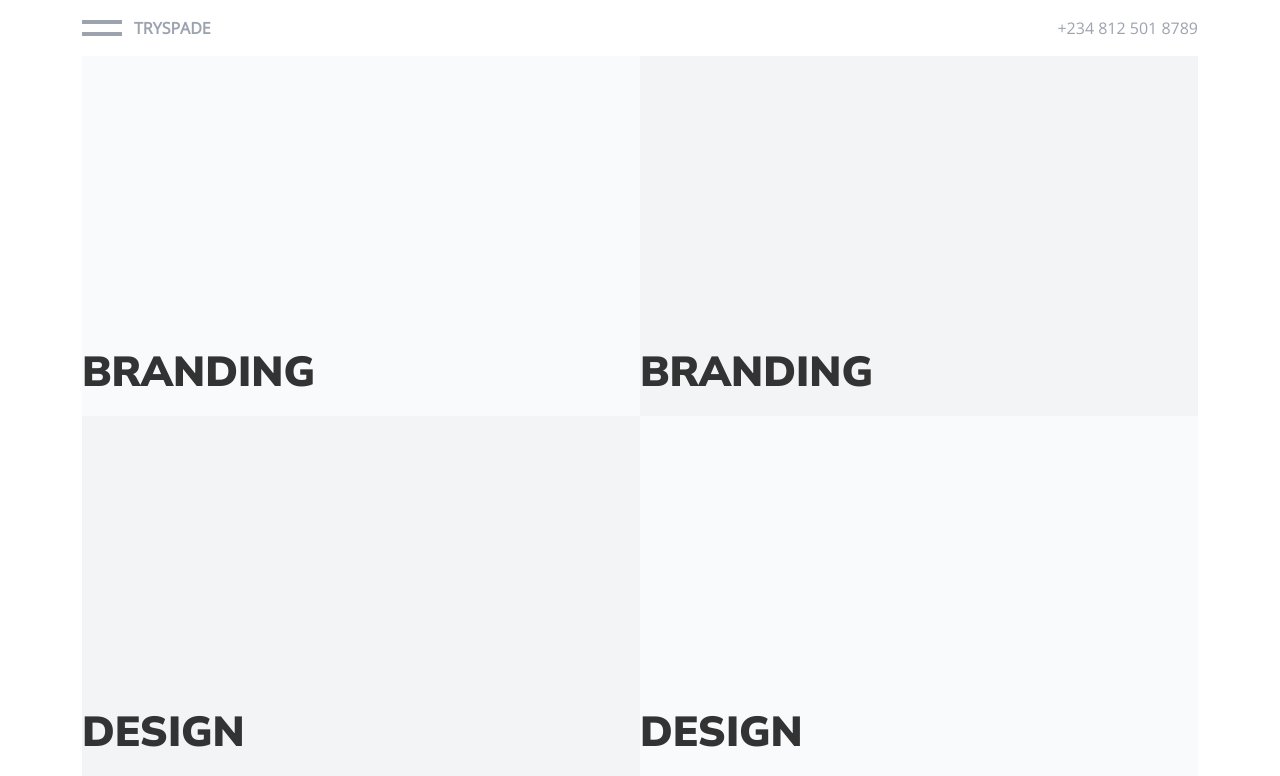
Repository: latenightsnacc/super-octo-fortnight
Page: new.html
The author's editor kept a copy of each file at every save. The page is drawn from the files as they stood at one save, then again after the next save.
The browser window is 1280 px wide. The pictures show the whole page.
Some web libraries are served in a nearby version. The style sheet was rebuilt from its Sass, Less or Tailwind sources for each picture, by a compiler version that may differ from the author's.

Above is the page before, as saved 2021-03-01 12:13:41.

### new.html
<!DOCTYPE html>
<html lang="en">
<head>
    <meta charset="UTF-8">
    <meta name="viewport" content="width=device-width, initial-scale=1.0">
    <!--Tailwind 2.0.2-->
    <link href="https://cdnjs.cloudflare.com/ajax/libs/tailwindcss/2.0.2/tailwind.min.css" rel="stylesheet">
    <!--Font Awesome 5.15.1-->
    <link rel="stylesheet" href="https://cdnjs.cloudflare.com/ajax/libs/font-awesome/5.15.1/css/all.min.css" integrity="sha512-+4zCK9k+qNFUR5X+cKL9EIR+ZOhtIloNl9GIKS57V1MyNsYpYcUrUeQc9vNfzsWfV28IaLL3i96P9sdNyeRssA==" crossorigin="anonymous" />
    <!-- Bootstrap 5.0.0 Beta-->
    <link href="https://cdn.jsdelivr.net/npm/bootstrap@5.0.0-beta1/dist/css/bootstrap.min.css" rel="stylesheet" integrity="sha384-giJF6kkoqNQ00vy+HMDP7azOuL0xtbfIcaT9wjKHr8RbDVddVHyTfAAsrekwKmP1" crossorigin="anonymous" />
    <!-- UIkit CSS -->
    <link rel="stylesheet" href="https://cdn.jsdelivr.net/npm/uikit@3.6.9/dist/css/uikit.min.css" />
    <!--FAVICON-->
    <link rel="apple-touch-icon" sizes="180x180" href="/apple-touch-icon.png">
    <link rel="icon" type="image/png" sizes="32x32" href="/favicon-32x32.png">
    <link rel="icon" type="image/png" sizes="16x16" href="/favicon-16x16.png">
    <link rel="manifest" href="/site.webmanifest">
    <!--Custom Stylesheet-->
    <link rel="stylesheet" href="stylesheet/stylesheet.css">
    <title>TrySpade - Digital Agency</title>
</head>
<body>
    <header>
        <div class="container">
            <div class="flex flex-row py-3 items-center">
                <div class="w-1/2 flex flex-row items-center">
                    <div class="flex flex-col">
                        <span class="w-10 border-2 border-gray-400 mb-2"></span>
                        <span class="w-10 border-2 border-gray-400"></span>
                    </div>
                    <div class="ml-3 uppercase font-bold text-gray-400">tryspade</div>
                </div>
                <div class="w-1/2 flex flex-row items-center justify-end">
                    <a href="tel:+2348125018789" class="text-gray-400 hover:no-underline">+234 812 501 8789</a>
                    <!-- <a class="no-underline hover:no-underline">
                        <i class="fab fa-instagram"></i>
                    </a> -->
                </div>
            </div>
        </div>
    </header>
    <section>
        <div class="container">
            <div class="flex flex-row h-screen">
                <div class="w-1/2 flex flex-col">
                  <div class="bg-gray-50 h-50">
                      <div class="flex h-full items-end">
                        <h1 class="uppercase">branding</h1>
                      </div>
                  </div>
                  <div class="bg-gray-100 h-50">
                      <div class="flex h-full items-end">
                        <h1 class="uppercase">design</h1>
                      </div>
                  </div>
                </div>
                <div class="w-1/2 flex flex-col">
                  <div class="bg-gray-100 h-50">
                      <div class="flex h-full items-end">
                        <h1 class="uppercase">branding</h1>
                      </div>
                  </div>
                  <div class="bg-gray-50 h-50">
                      <div class="flex h-full items-end">
                        <h1 class="uppercase">design</h1>
                      </div>
                  </div>
                </div>

            </div>
        </div>
    </section>
    <!-- UIkit JS -->
    <script src="https://cdn.jsdelivr.net/npm/uikit@3.6.9/dist/js/uikit.min.js"></script>
    <script src="https://cdn.jsdelivr.net/npm/uikit@3.6.9/dist/js/uikit-icons.min.js"></script>
    <!--BOOTSTRAP CDN-->
    <script src="https://cdn.jsdelivr.net/npm/bootstrap@5.0.0-beta1/dist/js/bootstrap.bundle.min.js" integrity="sha384-ygbV9kiqUc6oa4msXn9868pTtWMgiQaeYH7/t7LECLbyPA2x65Kgf80OJFdroafW" crossorigin="anonymous"></script>
    <!--JQUERY CDN-->
    <script src="https://ajax.googleapis.com/ajax/libs/jquery/3.4.1/jquery.min.js"></script>
    <!-- Start of HubSpot Embed Code -->
    <script type="text/javascript" id="hs-script-loader" async defer src="//js.hs-scripts.com/9284931.js"></script>
    <!-- End of HubSpot Embed Code -->
</body>
</html>

### Stylesheet/stylesheet.scss
@import 'variables';
@import 'bg';

*{
    margin: 0;
    padding: 0;

    a {
        text-decoration: none;
        &:hover {
            text-decoration: none;
        }
    }

    button{
        outline: none;
        &:focus {
            outline: none;
        }
    }
    ul, ol {
        padding: 0 !important;
    }
}

h1, h2, h3, h4, h5, h6, .nav-link, button, .title {
    font-family: $fontBold;
    font-weight: lighter;
}
.navbar-toggler:focus {
    box-shadow: none !important;
}
p, button, div {
    font-family: $fontRegular;
}
@media screen and (max-width:600px){
    #large {
        display: none;
    }
}
@media screen and (min-width:601px){
    #small {
        display: none;
    }
}

#hosting-features{
    display: none;
}

### Stylesheet/_variables.scss
@import url('https://fonts.googleapis.com/css2?family=Mulish:wght@900&family=Open+Sans&display=swap');

$fontBold: 'Mulish', sans-serif;
$fontRegular:'Open Sans', sans-serif;
$white: white;

### Stylesheet/bg.scss
.background {
    background-color: white;
    position: relative;
    min-height: 100vh;
    min-width:100vw;
    overflow-x: hidden;

  .wrapper{
    z-index: 1;
  }


  .cube {
    position: absolute;
    top: 80vh;
    left: 45vw;
    width: 10px;
    height: 10px;
    border: solid 1px darken(lightgrey, 10%);
    transform-origin: top left;
    transform: scale(0) rotate(0deg) translate(-50%, -50%);
    animation: cube 12s ease-in forwards infinite;

    &:nth-child(2n) {
      border-color: lighten(lightgrey, 10%);
    }

    &:nth-child(2) {
      animation-delay: 2s;
      left: 25vw;
      top: 40vh;
    }

    &:nth-child(3) {
      animation-delay: 4s;
      left: 75vw;
      top: 50vh;
    }

    &:nth-child(4) {
      animation-delay: 6s;
      left: 90vw;
      top: 10vh;
    }

    &:nth-child(5) {
      animation-delay: 8s;
      left: 10vw;
      top: 85vh;
    }

    &:nth-child(6) {
      animation-delay: 10s;
      left: 50vw;
      top: 10vh;
    }


}

@keyframes cube {
        from {
        transform: scale(0) rotate(0deg) translate(-50%, -50%);
        opacity: 1;
        }
        to {
        transform: scale(20) rotate(960deg) translate(-50%, -50%);
        opacity: 0;
        }
    }
}

After the next save:
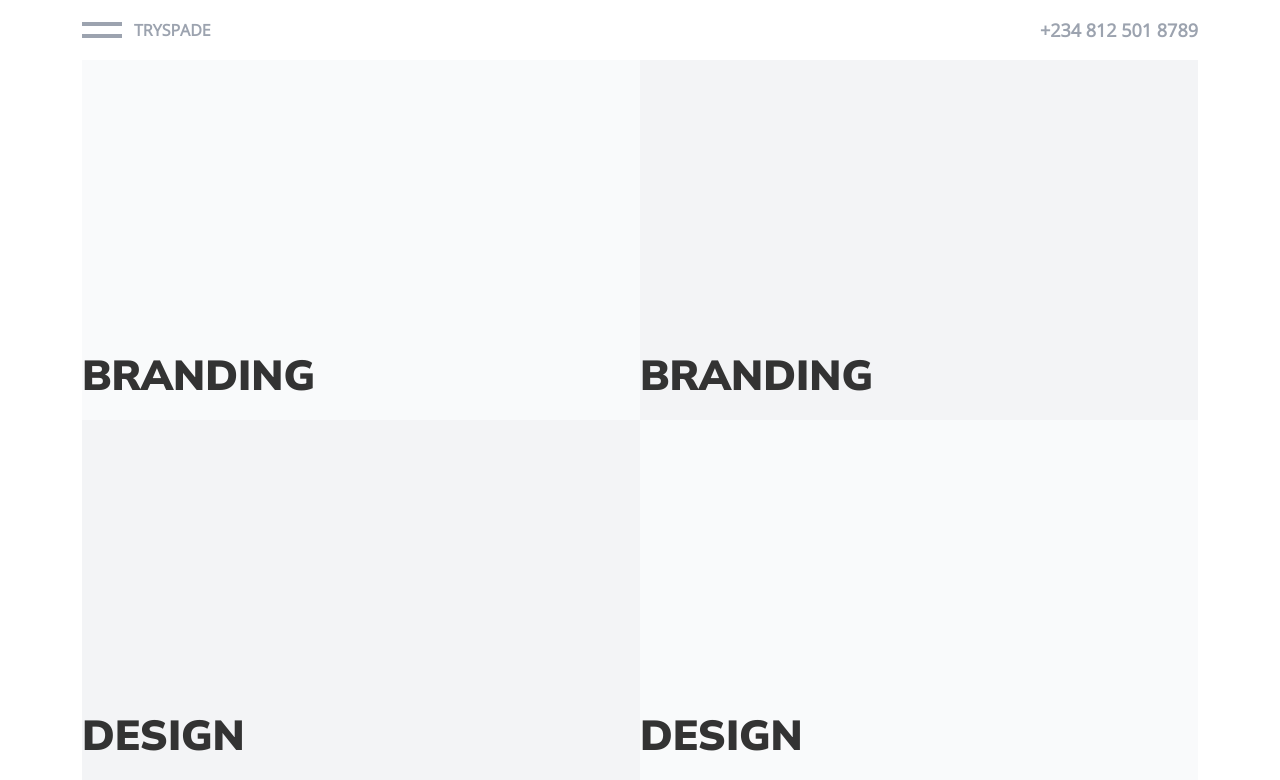
Saved 46 s later.
--- a/new.html
+++ b/new.html
@@ -32,7 +32,7 @@
                     <div class="ml-3 uppercase font-bold text-gray-400">tryspade</div>
                 </div>
                 <div class="w-1/2 flex flex-row items-center justify-end">
-                    <a href="tel:+2348125018789" class="text-gray-400 hover:no-underline">+234 812 501 8789</a>
+                    <a href="tel:+2348125018789" class="text-gray-400 hover:no-underline font-bold text-lg">+234 812 501 8789</a>
                     <!-- <a class="no-underline hover:no-underline">
                         <i class="fab fa-instagram"></i>
                     </a> -->
